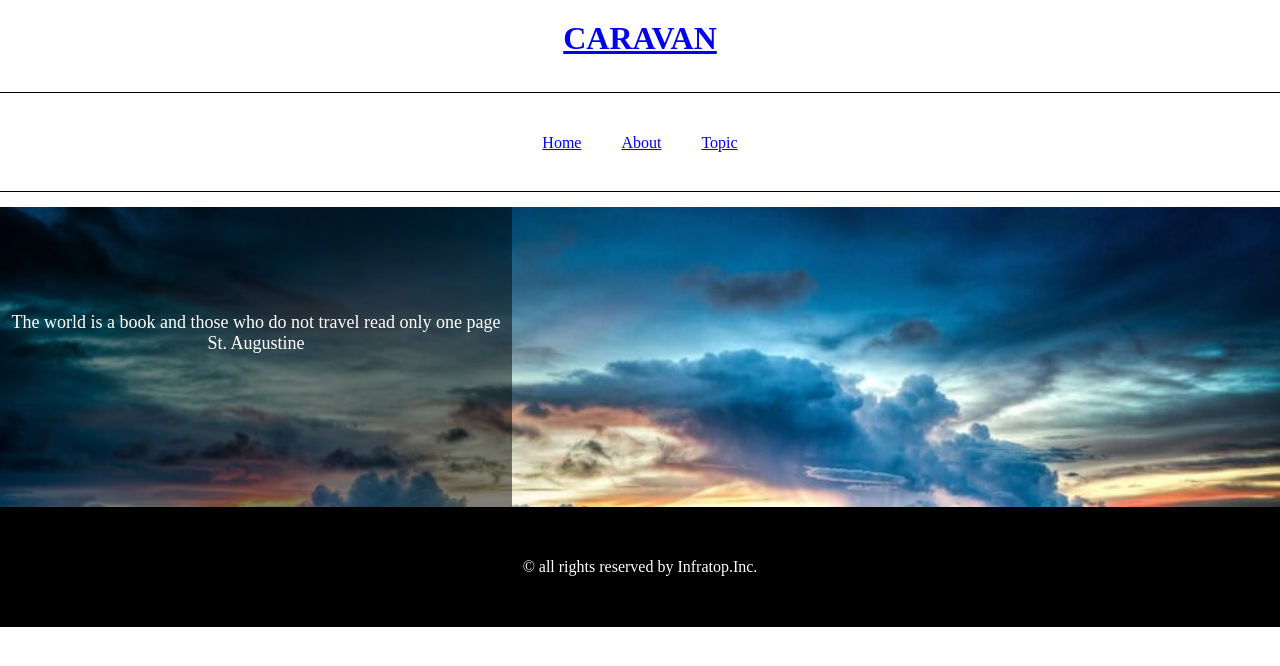
Repository: yukito7878/HTML-CSS-practice
Page: caravan/index6.html
The author's editor kept a record of every edit. The page is drawn from the files as they stood at one moment, then again after the next edit.
The browser window is 1280 px wide. The pictures show the whole page.

Above is the page before.

After the next edit:
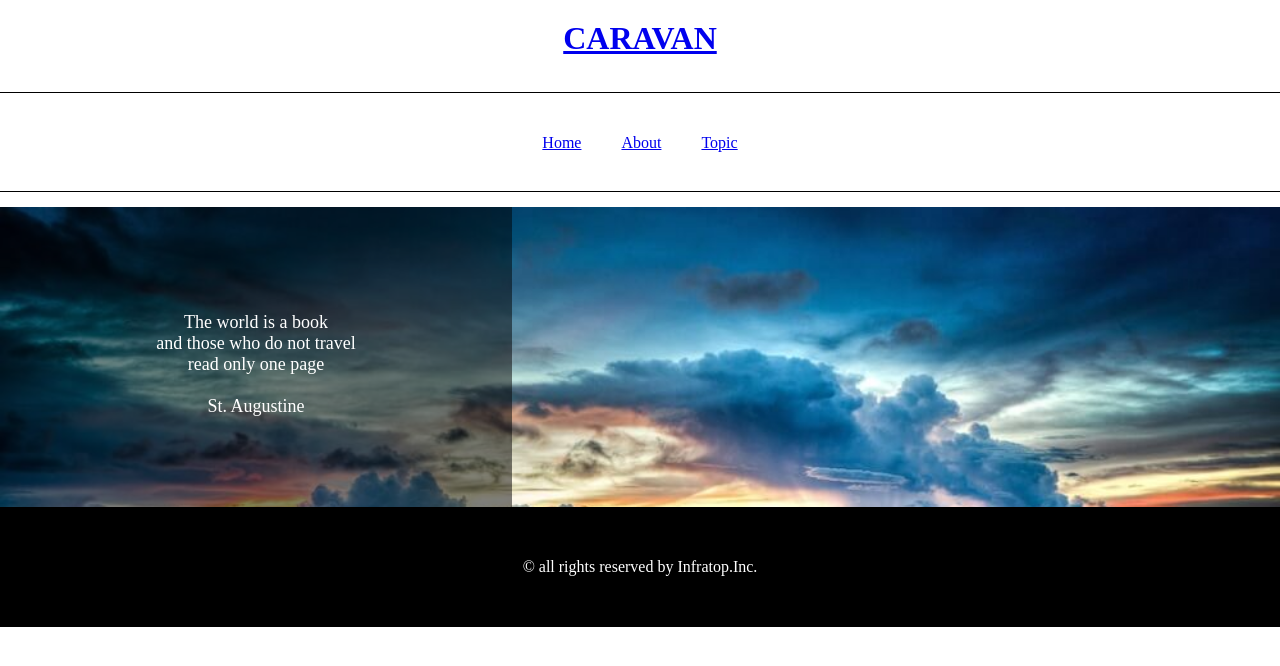
The edit:
--- a/caravan/index6.html
+++ b/caravan/index6.html
@@ -22,8 +22,8 @@
     <!-- main-visual用のdiv -->
     <div class="main-visual">
       <div class="main-visual-content">
-        <p class="main-visual-text">The world is a book and those who do not travel read only one page</p>
-        <p class="main-visual-name">St. Augustine</p>
+        <p class="main-visual-text">The world is a book <br>and those who do not travel <br>read only one page</p>
+        <p class="main-visual-name"><br>St. Augustine</p>
       </div>
     </div>
 
